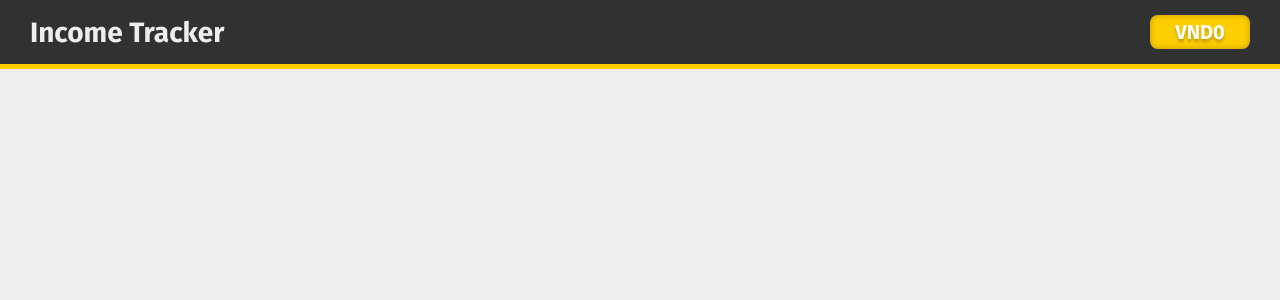
Repository: kate30980/incometracker
Page: /
The author's editor kept a copy of each file at every save. The page is drawn from the files as they stood at one save, then again after the next save.
The browser window is 1280 px wide. The pictures show the whole page.
The project was rebuilt for these pictures with package versions that can differ from the ones it lists, and the page was loaded fresh each time.

Above is the page before, as saved 2021-08-23 16:54:08.

After the next save:
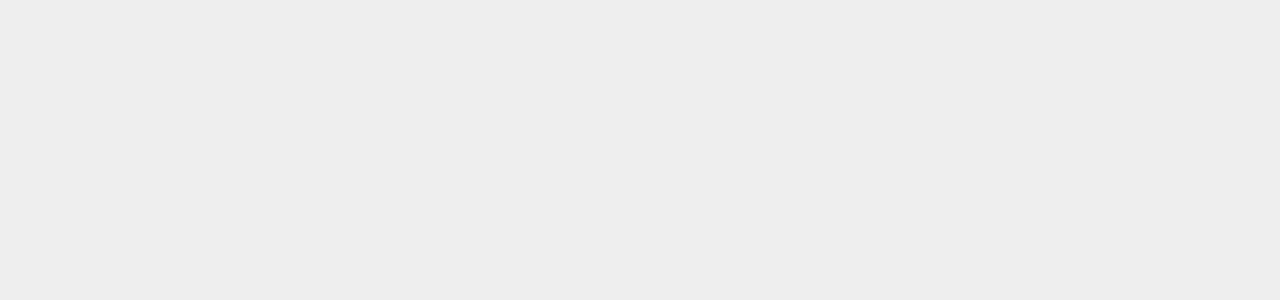
Saved 68 s later.
--- a/src/App.vue
+++ b/src/App.vue
@@ -3,12 +3,14 @@
 </template>
 
 <script>
+
 import Header from './components/Header.vue'
 
 export default {
-  name: 'App',
-  components: {
-    Header
+  setup(){
+    return{
+      Header
+    }
   }
 }
 </script>

After the save that followed:
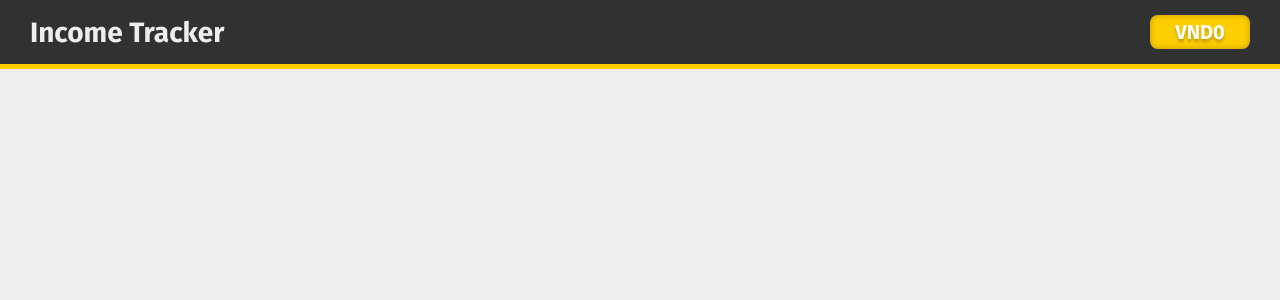
Saved 18 s later.
--- a/src/App.vue
+++ b/src/App.vue
@@ -7,10 +7,9 @@
 import Header from './components/Header.vue'
 
 export default {
-  setup(){
-    return{
-      Header
-    }
+  name: 'App',
+  components: {
+    Header
   }
 }
 </script>
